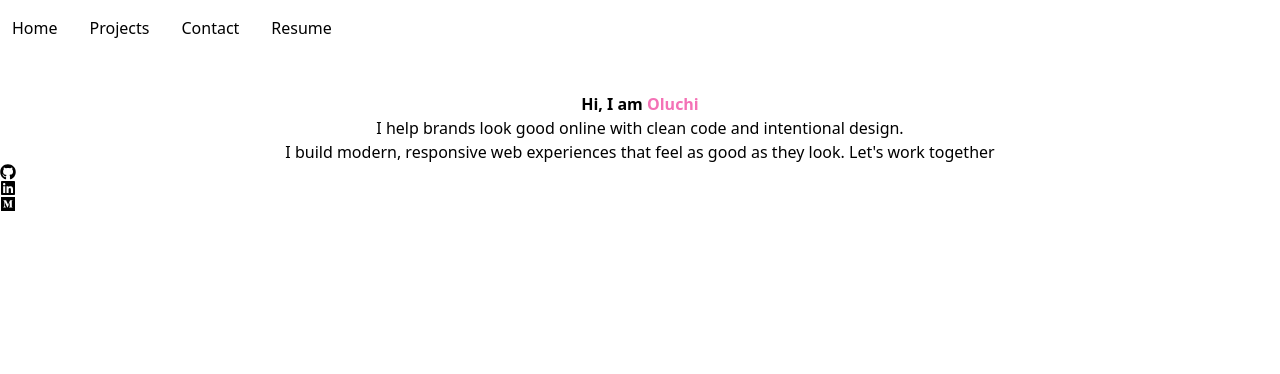
Repository: ooluchi/portfolio_
Page: / (app in my-react-app/)
An editor plug-in stored every save of this project. The page is shown before and after the next save, followed by the edit.
The browser window is 1280 px wide. The pictures show the whole page.
The project was rebuilt for these pictures with package versions that can differ from the ones it lists, and the page was loaded fresh each time. Also part of the build but not shown: my-react-app/vite.config.ts.

Above is the page before, as saved 2025-11-20 11:32:31.

### my-react-app/src/index.css
@import url("https://fonts.googleapis.com/css2?family=Kumbh+Sans:wght@100;200;300;400;500;600;700;800;900&display=swap");

@tailwind base;
@tailwind components;
@tailwind utilities;

* {
    margin: 0;
    padding: 0;
    box-sizing: border-box;
  }

### my-react-app/src/App.tsx


import './index.css'
import Home from './components/Home'
import NavBar from './components/NavBar'

export default function App() {

  return (
    <div className='dark'>
    <NavBar />
    <Home />
    </div>
  )
}

### my-react-app/src/components/Home.tsx
import { FaGithub, FaLinkedin, FaMedium } from "react-icons/fa";

import "../index.css";


export default function Home() {
  return (
    <div>

      <div className="text-center mt-9">
        <h1 className="font-bold">Hi, I am <span className="text-pink-400">Oluchi</span></h1>
        <p>I help brands look good online with clean code and intentional design.</p>
        <p>I build modern, responsive web experiences that feel as good as they look. Let's work together</p>
      </div>
      <div>
        <a
          href="https://github.com/ooluchi"
          target="_blank"
          rel="noreferrer"
          aria-label="GitHub"
        >
          <FaGithub/>
        </a>
        <a
          href="https://github.com/ooluchi"
          target="_blank"
          rel="noreferrer"
          aria-label="LinkedIn"
        >
        <FaLinkedin />
        </a>

        <a
          href="https://medium.com/@ooluchiokoro"
          target="_blank"
          rel="noreferrer"
          aria-label="Medium"
        >
          <FaMedium />
        </a>

      </div>
    </div>
  )
}

### my-react-app/src/components/NavBar.tsx

import "../index.css";





export default function NavBar() {

  // const [isOpen, setIsOpen] = useState(false);

  return (
    <nav className="text-center">
      <div className="text-center py-4 ">
        <div className="">
          <div className="lg:hidden">

          </div>
          <div className="w-full lg:block">
            <ul className={`flex flex-row align-justify gap-8 ml-3 lg:static`}>
              <li className=""><a href="#">Home</a></li>
              <li className=""><a href="#">Projects</a></li>
              <li className=""><a href="#">Contact</a></li>
              <li className=""><a href="#">Resume</a></li>
            </ul>
          </div>

        </div>


      </div>

    </nav>
  )
}

Loaded but not shown: my-react-app/index.html (common file); my-react-app/src/main.tsx (common file); my-react-app/tailwind.config.js (common file)

After the next save:
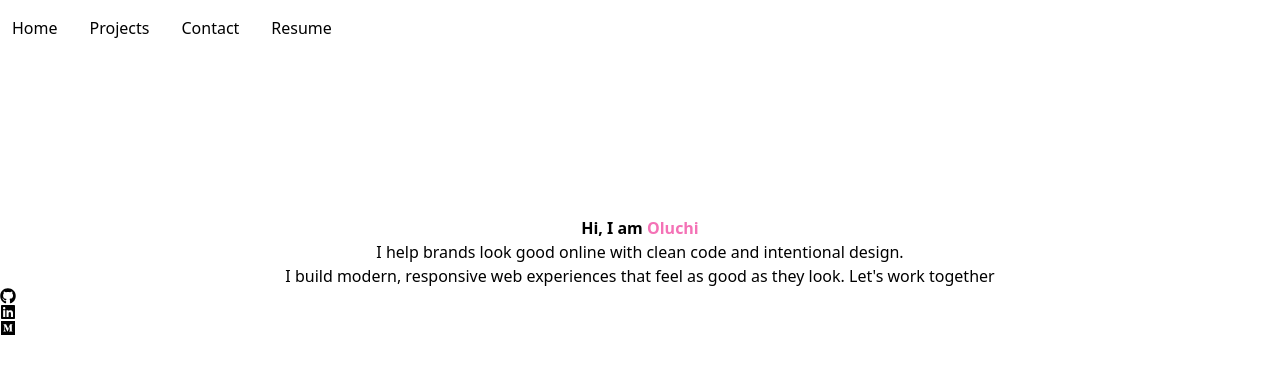
Saved 8 min 12 s later.
--- a/my-react-app/src/components/Home.tsx
+++ b/my-react-app/src/components/Home.tsx
@@ -7,7 +7,7 @@ export default function Home() {
   return (
     <div>
 
-      <div className="text-center mt-9">
+      <div className="text-center mt-40">
         <h1 className="font-bold">Hi, I am <span className="text-pink-400">Oluchi</span></h1>
         <p>I help brands look good online with clean code and intentional design.</p>
         <p>I build modern, responsive web experiences that feel as good as they look. Let's work together</p>
